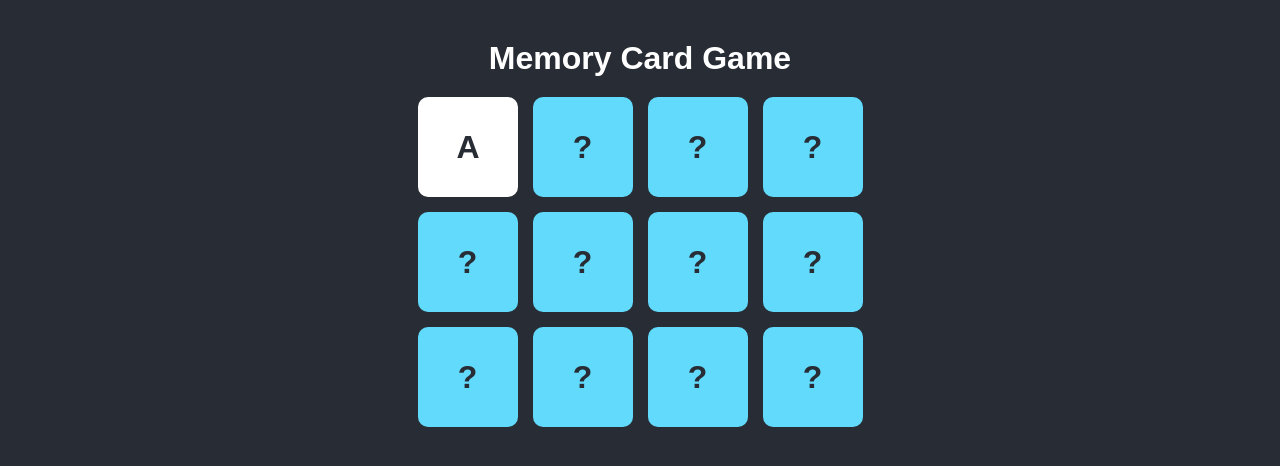
Repository: risa0110/js-mini-app-2
Page: index.html
The author's editor kept a copy of each file at every save. The page is drawn from the files as they stood at one save, then again after the next save.
The browser window is 1280 px wide. The pictures show the whole page.
After loading, the first visible `div.card` was clicked once.

Above is the page before, as saved 2025-06-09 17:20:45.

### index.html
<!DOCTYPE html>
<html lang="en">

<head>
  <meta charset="UTF-8" />
  <meta name="viewport" content="width=device-width, initial-scale=1.0" />
  <title>Memory Card Game</title>
  <link rel="stylesheet" href="style.css" />
</head>

<body>
  <h1>Memory Card Game</h1>
  <div class="game-board">
    <!-- A Cards -->
    <div class="card">
      <div class="card-inner">
        <div class="card-front">?</div>
        <div class="card-back">A</div>
      </div>
    </div>
    <div class="card">
      <div class="card-inner">
        <div class="card-front">?</div>
        <div class="card-back">A</div>
      </div>
    </div>

    <!-- B Cards -->
    <div class="card">
      <div class="card-inner">
        <div class="card-front">?</div>
        <div class="card-back">B</div>
      </div>
    </div>
    <div class="card">
      <div class="card-inner">
        <div class="card-front">?</div>
        <div class="card-back">B</div>
      </div>
    </div>

    <!-- C cards -->
    <div class="card">
      <div class="card-inner">
        <div class="card-front">?</div>
        <div class="card-back">C</div>
      </div>
    </div>
    <div class="card">
      <div class="card-inner">
        <div class="card-front">?</div>
        <div class="card-back">C</div>
      </div>
    </div>

    <!-- D Cards -->
    <div class="card">
      <div class="card-inner">
        <div class="card-front">?</div>
        <div class="card-back">D</div>
      </div>
    </div>
    <div class="card">
      <div class="card-inner">
        <div class="card-front">?</div>
        <div class="card-back">D</div>
      </div>
    </div>

    <!-- Pair E -->
    <div class="card">
      <div class="card-inner">
        <div class="card-front">?</div>
        <div class="card-back">E</div>
      </div>
    </div>
    <div class="card">
      <div class="card-inner">
        <div class="card-front">?</div>
        <div class="card-back">E</div>
      </div>
    </div>

    <!-- F Cards -->
    <div class="card">
      <div class="card-inner">
        <div class="card-front">?</div>
        <div class="card-back">F</div>
      </div>
    </div>
    <div class="card">
      <div class="card-inner">
        <div class="card-front">?</div>
        <div class="card-back">F</div>
      </div>
    </div>
  </div>
</body>
<script src="./animation.js"></script>
</html>

### style.css
* {
  box-sizing: border-box;
  margin: 0;
  padding: 0;
}

body {
  font-family: sans-serif;
  background-color: #282c34;
  color: white;
  display: flex;
  flex-direction: column;
  align-items: center;
  padding: 40px 20px;
}

h1 {
  margin-bottom: 20px;
}

.game-board {
  display: grid;
  grid-template-columns: repeat(4, 100px);
  grid-gap: 15px;
  justify-content: center;
}

.card {
  width: 100px;
  height: 100px;
  perspective: 800px;
}

.card-inner {
  width: 100%;
  height: 100%;
  position: relative;
  transform-style: preserve-3d;
  transition: transform 0.6s ease;
}

.card-front,
.card-back {
  width: 100%;
  height: 100%;
  position: absolute;
  backface-visibility: hidden;
  border-radius: 10px;
  display: flex;
  justify-content: center;
  align-items: center;
  font-size: 2rem;
  font-weight: bold;
}

.card-front {
  background-color: #61dafb;
  color: #282c34;
}

.card-back {
  background-color: white;
  color: #282c34;
  transform: rotateY(180deg);
}

.card.flipped .card-inner{
    transform: rotateY(180deg);
}

### animation.js
//Flip a card when it clicked
var cards = document.getElementsByClassName("card");
for(var i=0; i<cards.length; i++){
    cards[i].addEventListener("click", function(){
    var flippedCards = document.querySelectorAll(".card.flipped")

    //Allow only 2 cards to be flipped
    if (flippedCards.length == 2 && !this.classList.contains("flipped")){
        return;
    }
    this.classList.toggle("flipped");
})};

//Check if the 2 cards match
  //If not matched, flip it back
  //If matched, keep it

  //Show a "game clear" message

After the next save:
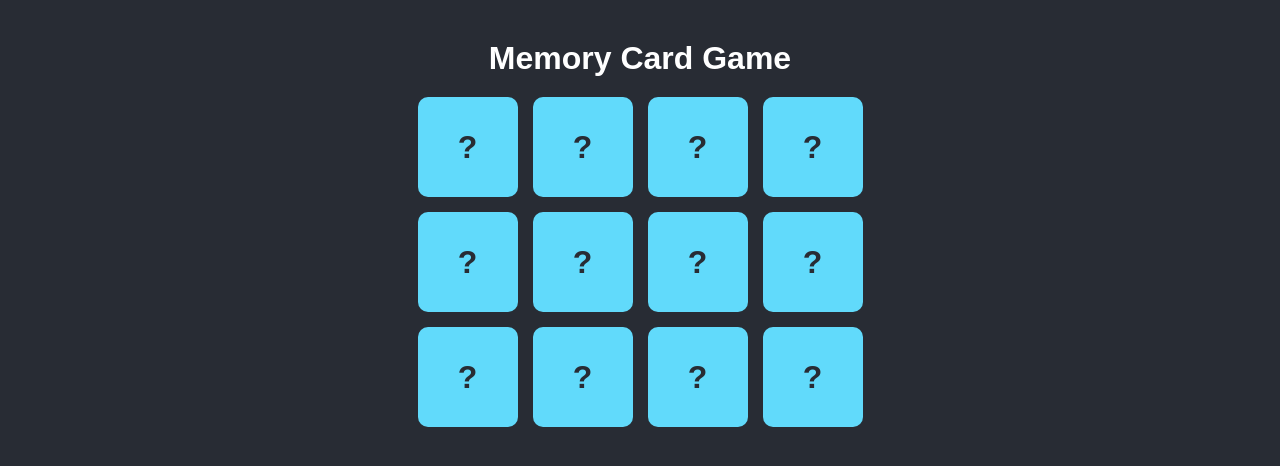
Saved 13 min 0 s later.
--- a/animation.js
+++ b/animation.js
@@ -10,6 +10,63 @@
     }
     this.classList.toggle("flipped");
 })};
+// Selecciona todos los elementos con la clase "card"
+var cards = document.getElementsByClassName("card");
+
+// Recorre cada carta y le agrega un event listener para detectar clics
+for (var i = 0; i < cards.length; i++) {
+  cards[i].addEventListener("click", function () {
+    // Selecciona las cartas que actualmente tienen la clase "flipped"
+    var flippedCards = document.querySelectorAll(".card.flipped");
+
+    // Si ya hay 2 cartas volteadas y la carta actual no está volteada, no se puede voltear otra
+    if (flippedCards.length == 2 && !this.classList.contains("flipped")) {
+      return;
+    }
+
+    // Alterna (agrega o quita) la clase "flipped" en la carta actual
+    this.classList.toggle("flipped");
+
+    // Vuelve a obtener las cartas volteadas después de agregar la nueva
+    flippedCards = document.querySelectorAll(".card.flipped");
+
+    // Si hay exactamente 2 cartas volteadas, se compara si hacen match
+    if (flippedCards.length === 2) {
+      // Se espera medio segundo antes de hacer la comparación
+      setTimeout(() => {
+        // Asigna las dos cartas volteadas a variables
+        var card1 = flippedCards[0];
+        var card2 = flippedCards[1];
+
+        // Obtiene el valor del atributo "data-card" para compararlas
+        var type1 = card1.getAttribute("data-card");
+        var type2 = card2.getAttribute("data-card");
+
+        // Si las dos cartas son iguales (match)
+        if (type1 === type2) {
+          // Se les agrega la clase "matched" para indicar que están emparejadas
+          card1.classList.add("matched");
+          card2.classList.add("matched");
+        } else {
+          // Si no hacen match, se quita la clase "flipped" para voltearlas de nuevo
+          card1.classList.remove("flipped");
+          card2.classList.remove("flipped");
+        }
+
+        // Verifica si todas las cartas ya están emparejadas
+        var matchedCards = document.querySelectorAll(".card.matched");
+
+        // Si la cantidad de cartas emparejadas es igual al total, se muestra mensaje de victoria
+        if (matchedCards.length === cards.length) {
+          setTimeout(() => {
+            alert("🎉 ¡Juego completado!");
+          }, 300); // Pequeña pausa antes de mostrar el mensaje
+        }
+      }, 500); // Tiempo de espera antes de comprobar las cartas
+    }
+  });
+}
+
 
 //Check if the 2 cards match
   //If not matched, flip it back

After the save that followed:
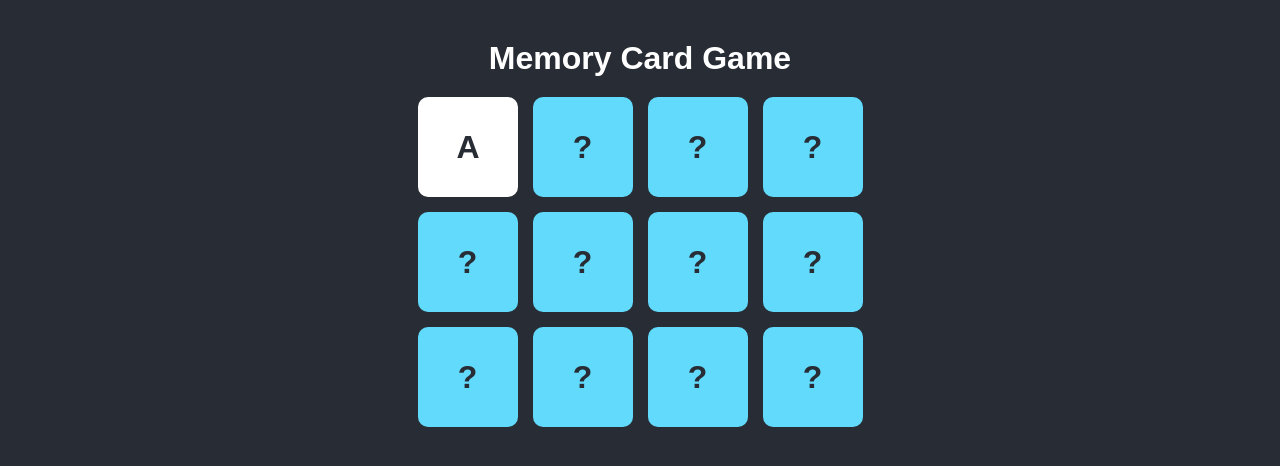
Saved 45 s later.
--- a/animation.js
+++ b/animation.js
@@ -1,15 +1,3 @@
-//Flip a card when it clicked
-var cards = document.getElementsByClassName("card");
-for(var i=0; i<cards.length; i++){
-    cards[i].addEventListener("click", function(){
-    var flippedCards = document.querySelectorAll(".card.flipped")
-
-    //Allow only 2 cards to be flipped
-    if (flippedCards.length == 2 && !this.classList.contains("flipped")){
-        return;
-    }
-    this.classList.toggle("flipped");
-})};
 // Selecciona todos los elementos con la clase "card"
 var cards = document.getElementsByClassName("card");
 
@@ -68,6 +56,7 @@
 }
 
 
+
 //Check if the 2 cards match
   //If not matched, flip it back
   //If matched, keep it
